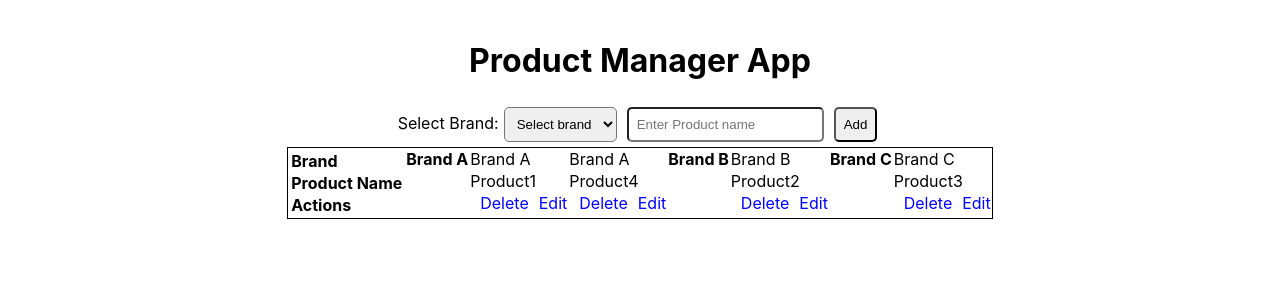
Repository: sunilkc-7/product-manager-app
Page: /
These files come from the project's save history. The page is drawn as it stood at one moment and after the next save; the edit follows.
The browser window is 1280 px wide. The pictures show the whole page.
The project was rebuilt for these pictures with package versions that can differ from the ones it lists, and the page was loaded fresh each time.

Above is the page before, as saved 2023-07-31 22:24:29.

### src/App.js
import "./App.css";
import productsData from "./data/data.json";
import React, { useState } from "react";

function App() {
  const [brandList, setBrandList] = useState(productsData.brands);
  const [productList, setProductList] = useState(productsData.products);

  return (
    <div className="App">
      <h1>Product Manager App</h1>
      <div className="form-container">
        <label>Select Brand:</label>
        <select>
          <option value="">Select brand</option>
          {brandList.map((brand) => (
            <option key={brand} value={brand}>
              {brand}
            </option>
          ))}
        </select>

        <input type="text" placeholder="Enter Product name" />

        <button>Add</button>
      </div>

      <table className="tb">
        <thead>
          <tr>
            <th>Brand</th>
            <th>Product Name</th>
            <th>Actions</th>
          </tr>
        </thead>
        <tbody>
          {brandList.map((brand) => (
            <React.Fragment key={brand}>
              <tr>
                <td colSpan="3">
                  <strong>{brand}</strong>
                </td>
              </tr>
              {productList
                .filter((product) => product.brand === brand)
                .map((product) => (
                  <tr key={product.id}>
                    <td>{product.brand}</td>
                    <td>{product.name}</td>
                    <td>
                      <span className="tableEdit">Delete</span>
                      <span className="tableEdit">Edit</span>
                    </td>
                  </tr>
                ))}
            </React.Fragment>
          ))}
        </tbody>
      </table>
    </div>
  );
}

export default App;

### src/App.css
/* app.css */
.body {
  display: flex;
  justify-content: center;
  height: 100vh;
  margin: 0;
}

.App {
  display: flex;
  flex-direction: column;
  justify-content: center;
  align-items: center;
  padding: 20px;
}

select,
input,
button {
  padding: 8px;
  border-radius: 5px;
  margin: 5px;
}

button {
  cursor: pointer;
}

/* Style the Edit and Delete links */
.tableEdit {
  margin-left: 10px;
  cursor: pointer;
  color: blue;
}

.tb {
  border: 1px solid black;
}

.tb,
th,
td {
  display: flex;
}

.tb,
tbody,
td {
  display: flex;
}

/* Align the Edit and Delete links to the right */
.tb td:last-child {
  text-align: right;
}

### src/data/data.json
{
  "brands": ["Brand A", "Brand B", "Brand C"],
  "products": [
    {
      "id": 1,
      "brand": "Brand A",
      "name": "Product1"
    },
    {
      "id": 2,
      "brand": "Brand B",
      "name": "Product2"
    },
    {
      "id": 3,
      "brand": "Brand C",
      "name": "Product3"
    },
    {
      "id": 4,
      "brand": "Brand A",
      "name": "Product4"
    }
  ]
}

Loaded but not shown: public/index.html (common file); src/index.js (common file); src/index.css (common file); src/reportWebVitals.js (common file)

After the next save:
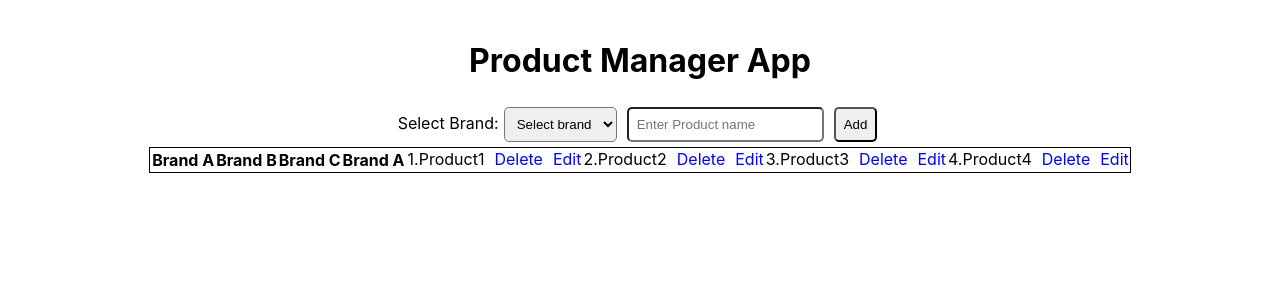
Saved 53 s later.
--- a/src/App.js
+++ b/src/App.js
@@ -1,6 +1,6 @@
 import "./App.css";
 import productsData from "./data/data.json";
-import React, { useState } from "react";
+import { useState } from "react";
 
 function App() {
   const [brandList, setBrandList] = useState(productsData.brands);
@@ -26,37 +26,26 @@
       </div>
 
       <table className="tb">
-        <thead>
-          <tr>
-            <th>Brand</th>
-            <th>Product Name</th>
-            <th>Actions</th>
-          </tr>
-        </thead>
+        <th>
+          {productList.map((productHead) => (
+            <tr>
+              <td>{productHead.brand}</td>
+            </tr>
+          ))}
+        </th>
         <tbody>
-          {brandList.map((brand) => (
-            <React.Fragment key={brand}>
-              <tr>
-                <td colSpan="3">
-                  <strong>{brand}</strong>
-                </td>
-              </tr>
-              {productList
-                .filter((product) => product.brand === brand)
-                .map((product) => (
-                  <tr key={product.id}>
-                    <td>{product.brand}</td>
-                    <td>{product.name}</td>
-                    <td>
-                      <span className="tableEdit">Delete</span>
-                      <span className="tableEdit">Edit</span>
-                    </td>
-                  </tr>
-                ))}
-            </React.Fragment>
+          {productList.map((product, idx) => (
+            <tr>
+              <td>
+                {idx + 1}.{product.name}
+                <span className="tableEdit">Delete</span>
+                <span className="tableEdit">Edit</span>
+              </td>
+            </tr>
           ))}
         </tbody>
       </table>
+      {}
     </div>
   );
 }
